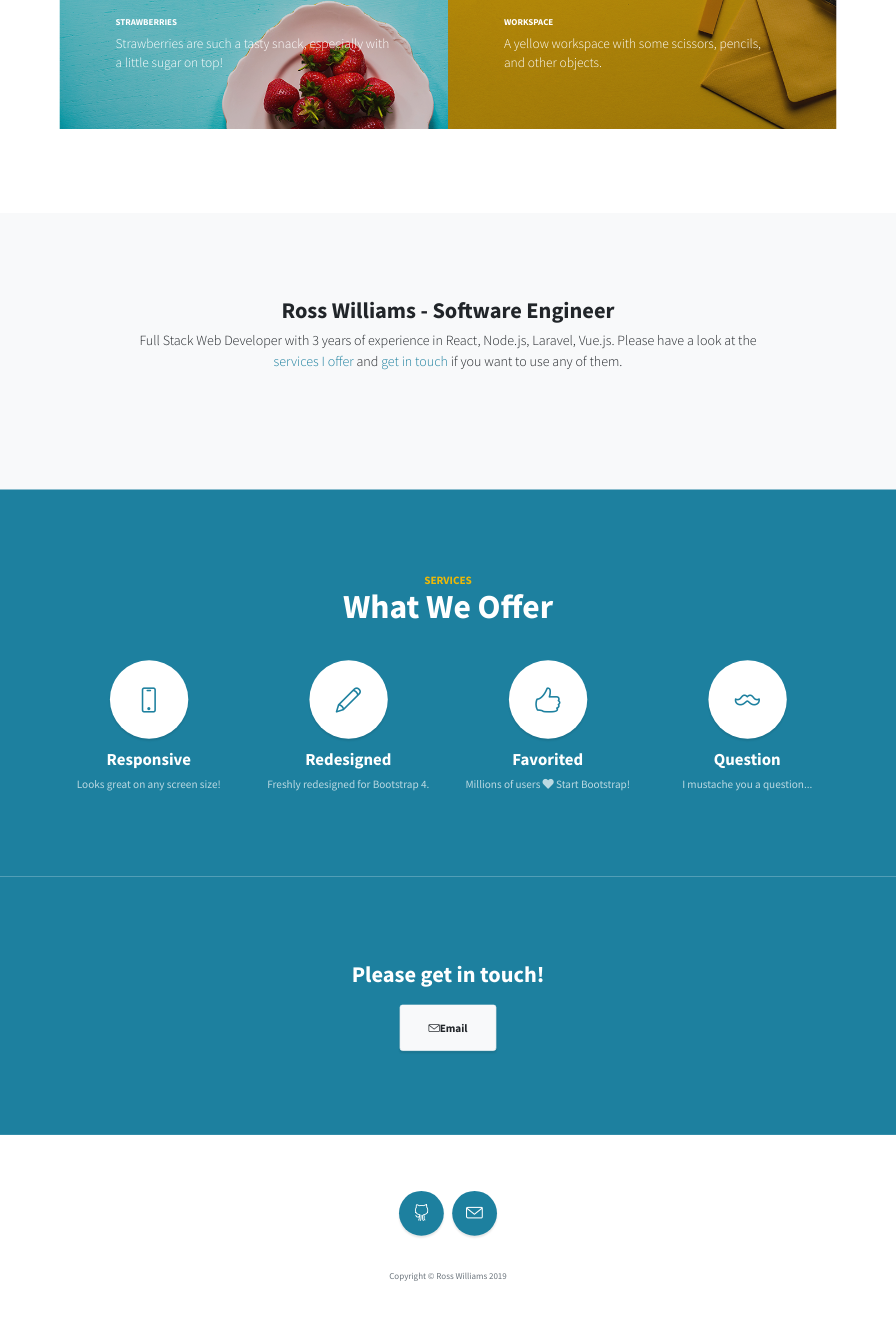
Repository: Williams94/Williams94.github.io
Page: index.html
The author's editor kept a copy of each file at every save. The page is drawn from the files as they stood at one save, then again after a run of saves.
The browser window is 1280 px wide. The pictures show the part of the page from y = 1576 to 3496 px (the page is 3488 px tall before and 3496 px after), at 70% of full size.
A picture or video elsewhere on the page could not be fetched, so the positions and the page height are approximate.

Above is the page before, as saved 2019-07-06 13:56:55.

After the next 2 saves:
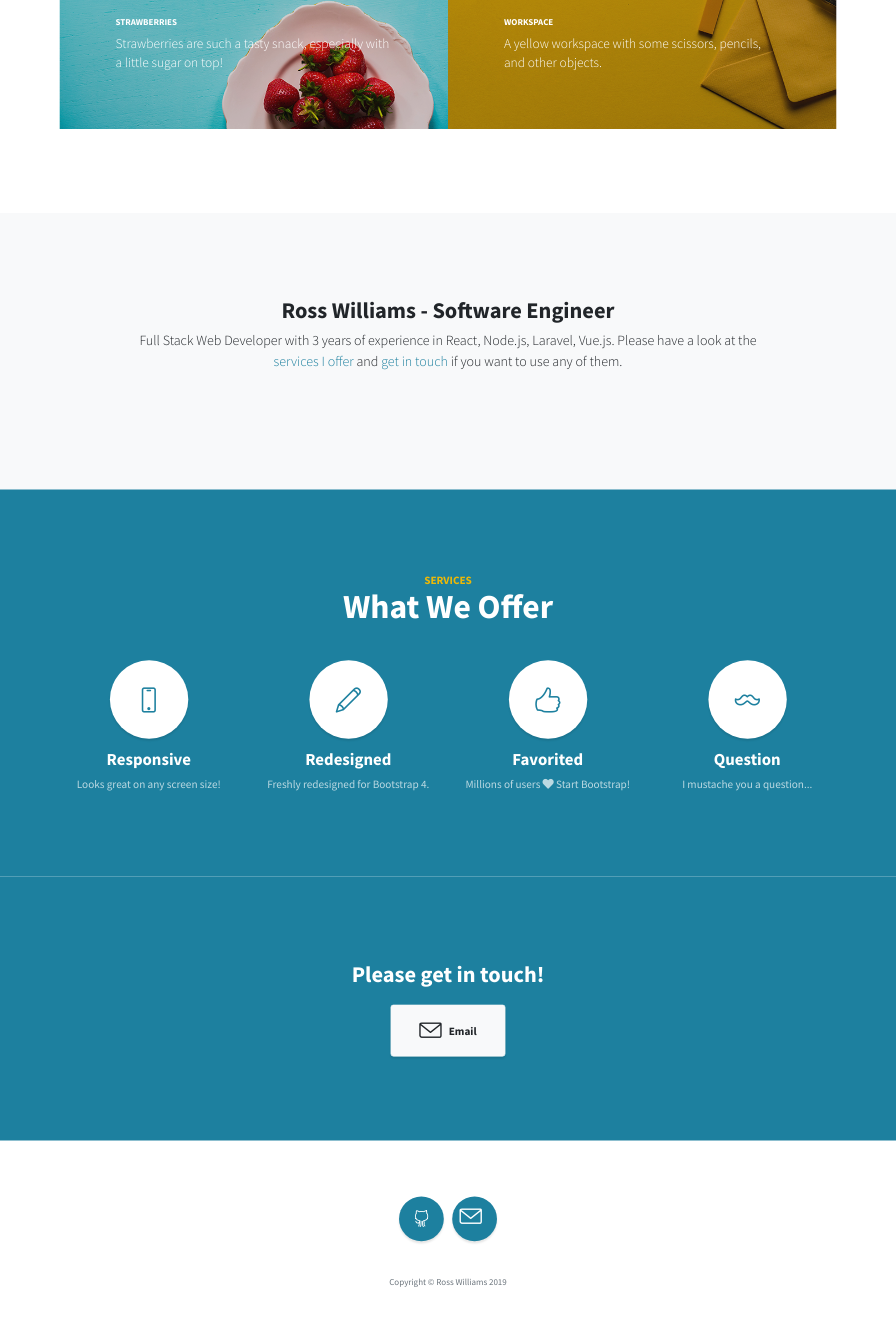
The 2 saves are shown as one change because they came seconds apart.
The last was saved 36 s later.
--- a/css/custom.css
+++ b/css/custom.css
@@ -1,3 +1,8 @@
+.icon-envelope:first-child {
+  font-size: 2rem;
+  margin-right: 10px;
+}
+
 .email-me-button-container {
   display: flex;
   align-items: center;

After the save that followed:
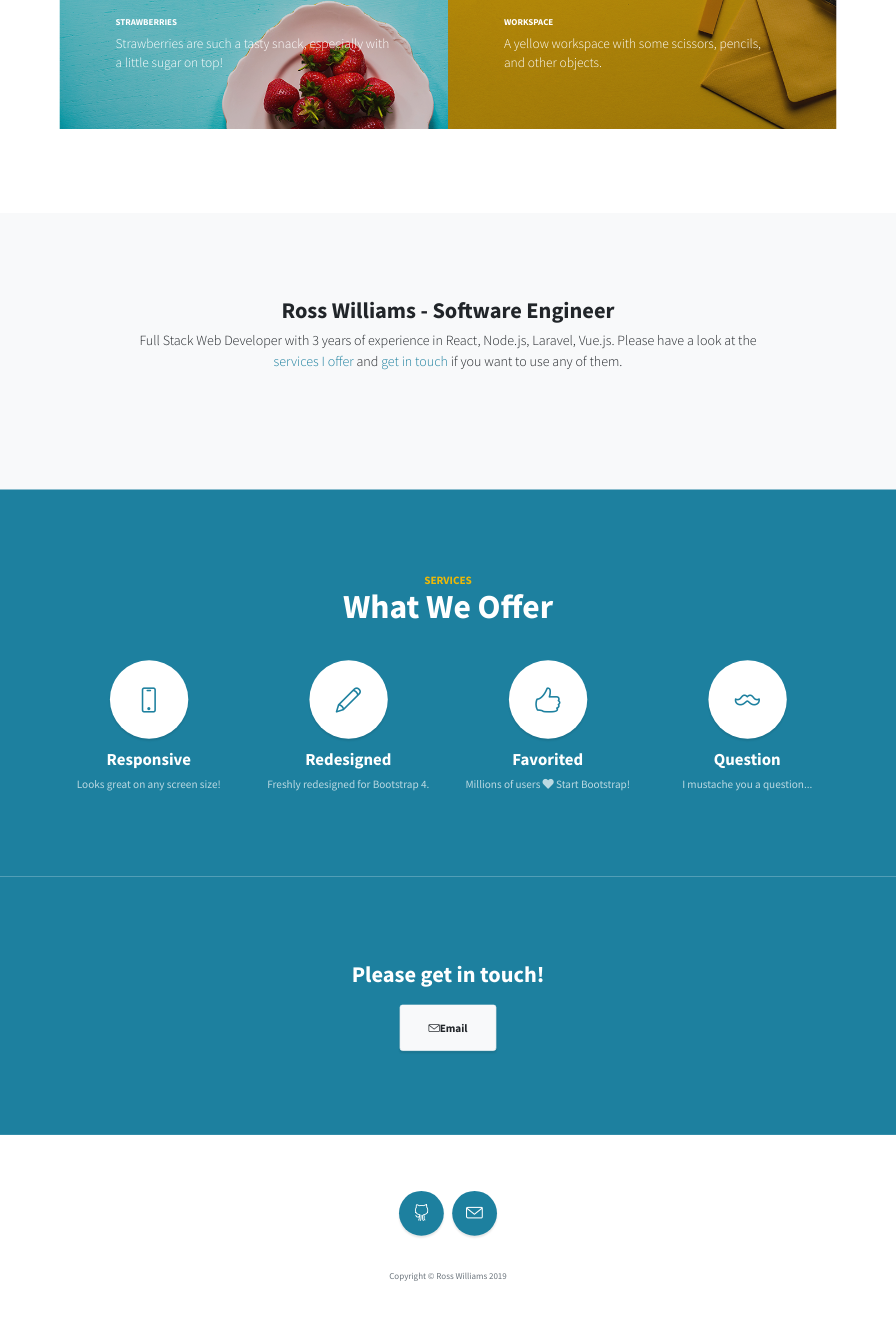
Saved 11 s later.
--- a/css/custom.css
+++ b/css/custom.css
@@ -1,4 +1,4 @@
-.icon-envelope:first-child {
+.icon-envelope:nth-child(0) {
   font-size: 2rem;
   margin-right: 10px;
 }
